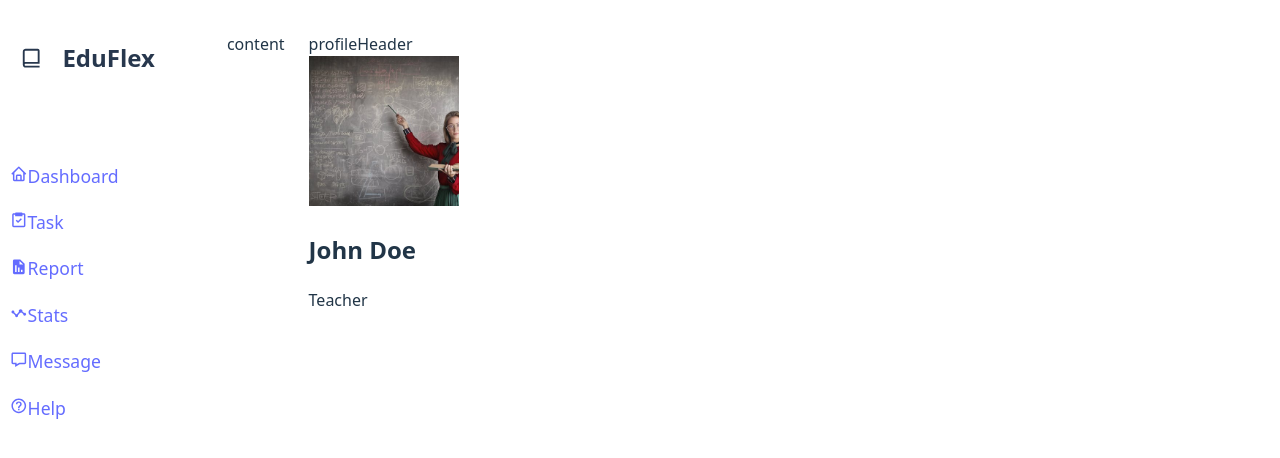
Repository: gogg23/react-dash
Page: /
These files come from the project's save history. The page is drawn as it stood at one moment and after the next save; the edit follows.
The browser window is 1280 px wide. The pictures show the whole page.
The project was rebuilt for these pictures with package versions that can differ from the ones it lists, and the page was loaded fresh each time. Also part of the build but not shown: vite.config.js.

Above is the page before, as saved 2025-04-05 16:05:51.

After the next save:
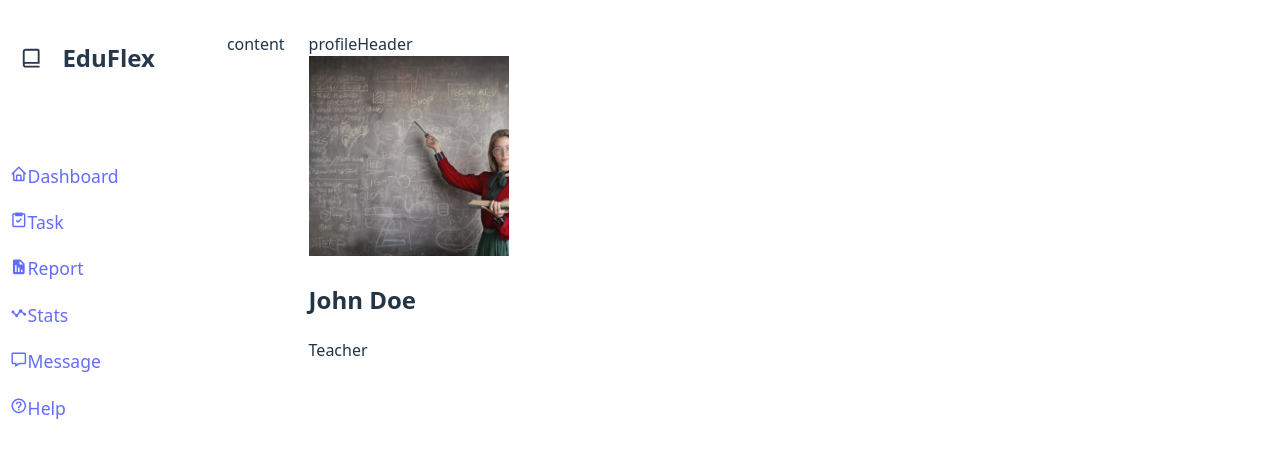
Saved 20 s later.
--- a/src/components/Profile.jsx
+++ b/src/components/Profile.jsx
@@ -13,8 +13,8 @@ const Profile = () => {
           src={Image1}
           alt='Profile'
           style={{
-            width: '150px',
-            height: '150px',
+            width: '200px',
+            height: '200px',
 
             objectFit: 'cover',
           }}
